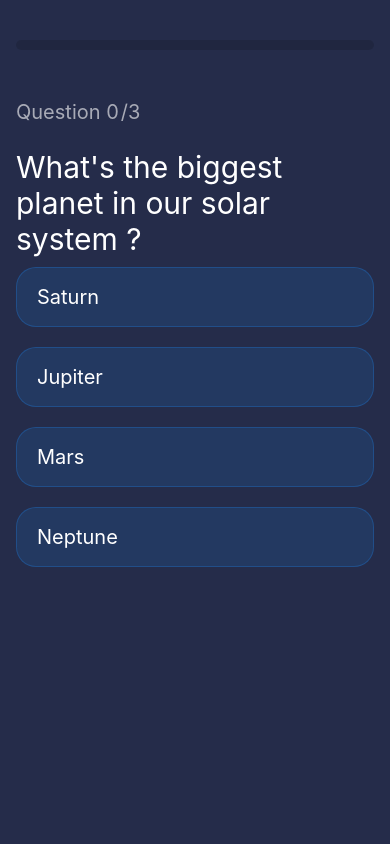
Repository: ds-mbappe/Quiz
Screen: /
An editor plug-in stored every save of this project. The screen is shown before and after the next save, followed by the edit.
The app was drawn by React Native's web renderer in a window 390 px wide. The project was rebuilt for these pictures with package versions that can differ from the ones it lists, and the page was loaded fresh each time.

Above is the screen before, as saved 2022-05-28 23:54:42.

After the next save:
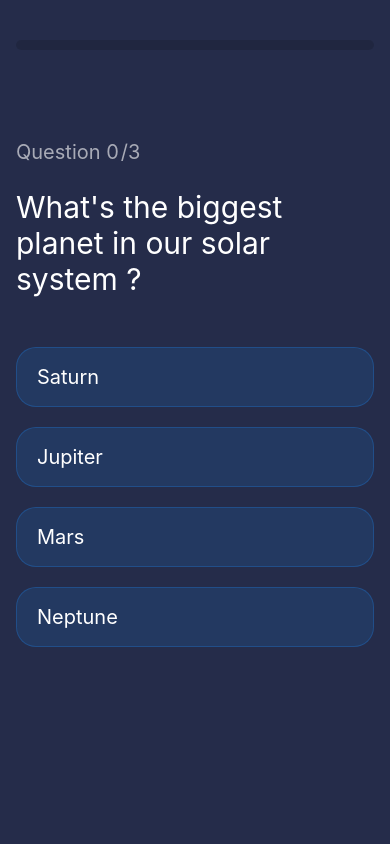
Saved 67 s later.
--- a/screens/Quiz.js
+++ b/screens/Quiz.js
@@ -68,7 +68,7 @@
 
   const renderQuestion = () => {
     return (
-      <View>
+      <View style={{marginVertical: 40}}>
         {/* Question Counter */}
         <View style={styles.questions}>
           <Text style={{color: COLORS.white, fontSize: 20, opacity: 0.6, marginRight: 2}}>{"Question " + currentQuestionIndex}</Text>

After the save that followed:
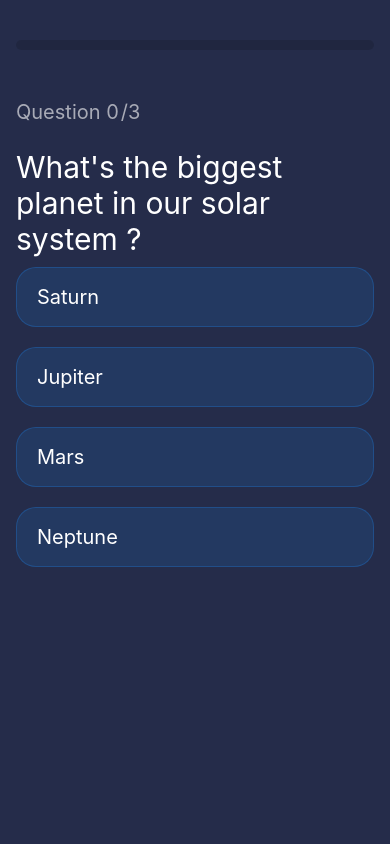
Saved 14 s later.
--- a/screens/Quiz.js
+++ b/screens/Quiz.js
@@ -68,7 +68,7 @@
 
   const renderQuestion = () => {
     return (
-      <View style={{marginVertical: 40}}>
+      <View>
         {/* Question Counter */}
         <View style={styles.questions}>
           <Text style={{color: COLORS.white, fontSize: 20, opacity: 0.6, marginRight: 2}}>{"Question " + currentQuestionIndex}</Text>
